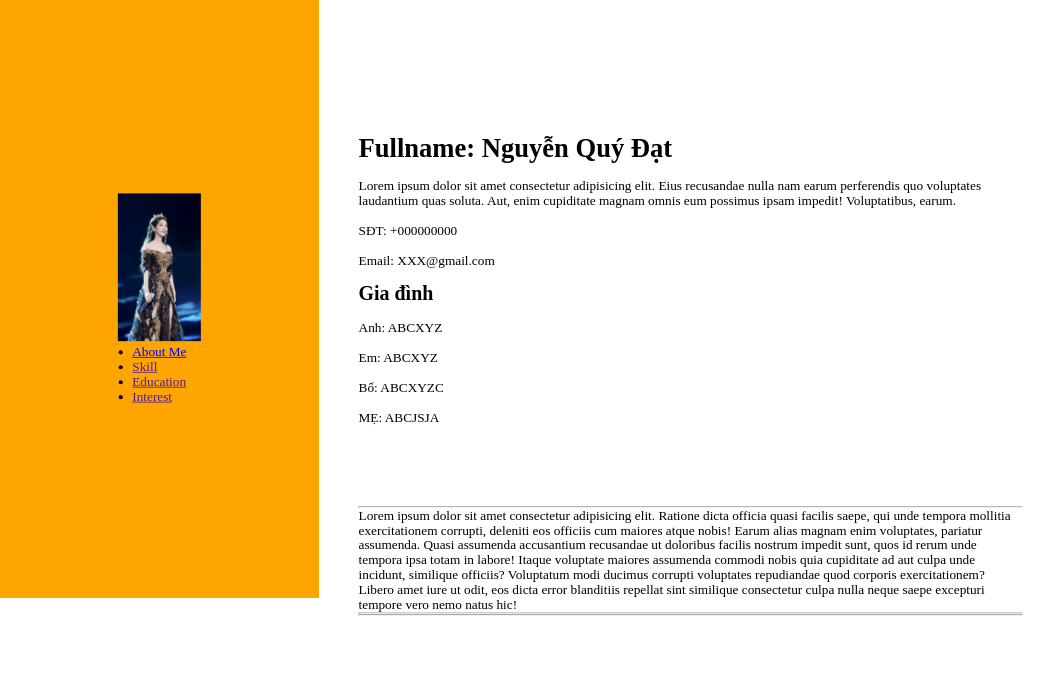
Repository: KinD2704/Web-University
Page: test/index.html
The author's editor kept a copy of each file at every save. The page is drawn from the files as they stood at one save, then again after the next save.
The browser window is 1280 px wide. The pictures show the whole page, at 83% of full size.

Above is the page before, as saved 2023-12-01 22:47:05.

### test/index.html
<!DOCTYPE html>
<html lang="en">
    <head>
        <meta charset="UTF-8" />
        <meta name="viewport" content="width=device-width, initial-scale=1.0" />
        <title>Document</title>
        <link rel="stylesheet" href="style.css" />
    </head>
    <body>
        <div class="main">
            <div class="menu">
                <div class="logo">
                    <img
                        src="IU.jpg"
                        width="100"
                        alt="Đây là hình ảnh của tôi"
                    />
                </div>
                <div class="list">
                    <ul>
                        <li>
                            <a href="#ME">About Me</a>
                        </li>
                        <li>
                            <a href="">Skill</a>
                        </li>
                        <li>
                            <a href="">Education</a>
                        </li>
                        <li>
                            <a href="">Interest</a>
                        </li>
                    </ul>
                </div>
            </div>
            <div class="para">
                <div class="aboutme" id="ME">
                    <h1>Fullname: Nguyễn Quý Đạt</h1>
                    <br />
                    <p>
                        Lorem ipsum dolor sit amet consectetur adipisicing elit.
                        Eius recusandae nulla nam earum perferendis quo
                        voluptates laudantium quas soluta. Aut, enim cupiditate
                        magnam omnis eum possimus ipsam impedit! Voluptatibus,
                        earum.
                    </p>
                    <br />
                    <p>SĐT: +000000000</p>
                    <br />
                    <p>Email: XXX@gmail.com</p>
                    <br />
                    <h2>Gia đình</h2>
                    <br />
                    <p>Anh: ABCXYZ</p>
                    <br />
                    <p>Em: ABCXYZ</p>
                    <br />
                    <p>Bố: ABCXYZC</p>
                    <br />
                    <p>MẸ: ABCJSJA</p>
                    <br />
                </div>
                <hr />
                <div class="Skill">
                    Lorem ipsum dolor sit amet consectetur adipisicing elit.
                    Ratione dicta officia quasi facilis saepe, qui unde tempora
                    mollitia exercitationem corrupti, deleniti eos officiis cum
                    maiores atque nobis! Earum alias magnam enim voluptates,
                    pariatur assumenda. Quasi assumenda accusantium recusandae
                    ut doloribus facilis nostrum impedit sunt, quos id rerum
                    unde tempora ipsa totam in labore! Itaque voluptate maiores
                    assumenda commodi nobis quia cupiditate ad aut culpa unde
                    incidunt, similique officiis? Voluptatum modi ducimus
                    corrupti voluptates repudiandae quod corporis
                    exercitationem? Libero amet iure ut odit, eos dicta error
                    blanditiis repellat sint similique consectetur culpa nulla
                    neque saepe excepturi tempore vero nemo natus hic!
                </div>
                <hr />
                <div class="Education"></div>
                <hr />
                <div class="Interest"></div>
            </div>
        </div>
    </body>
</html>

### test/style.css
* {
    padding: 0;
    margin: 0;
}
.main {
    display: flex;
}
.main .menu {
    background-color: orange;
    width: 30%;
    display: flex;
    justify-content: center;
    align-items: center;
    flex-direction: column;
    height: 100vh;
    position: fixed;
    top: 0;
    left: 0;
}
.main .para {
    padding: 5rem 3rem;
    margin-left: 30%;
}
.main .para .aboutme {
    padding: 5rem 0;
}

After the next save:
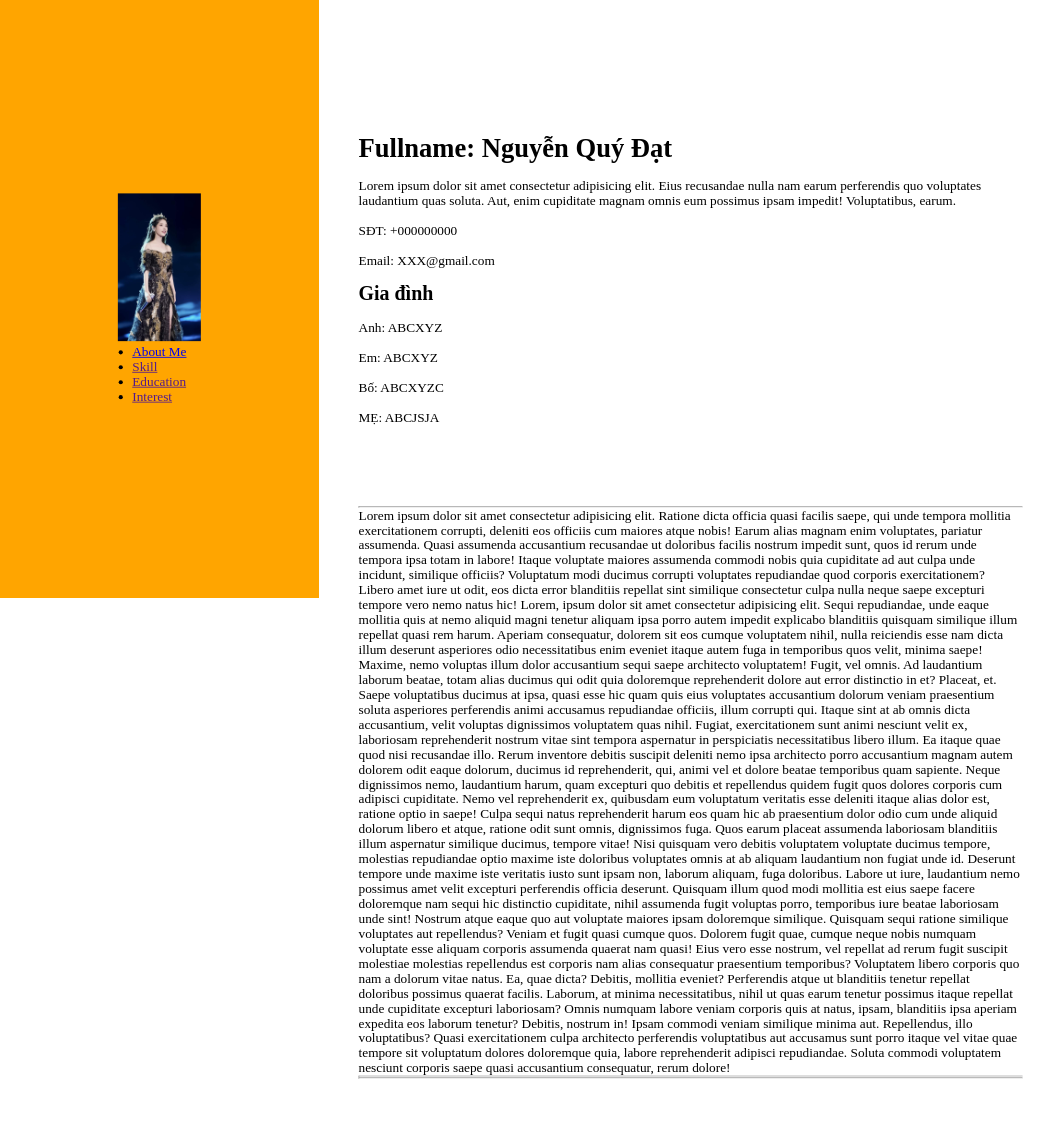
Saved 10 s later.
--- a/test/index.html
+++ b/test/index.html
@@ -74,7 +74,72 @@
                     corrupti voluptates repudiandae quod corporis
                     exercitationem? Libero amet iure ut odit, eos dicta error
                     blanditiis repellat sint similique consectetur culpa nulla
-                    neque saepe excepturi tempore vero nemo natus hic!
+                    neque saepe excepturi tempore vero nemo natus hic! Lorem,
+                    ipsum dolor sit amet consectetur adipisicing elit. Sequi
+                    repudiandae, unde eaque mollitia quis at nemo aliquid magni
+                    tenetur aliquam ipsa porro autem impedit explicabo
+                    blanditiis quisquam similique illum repellat quasi rem
+                    harum. Aperiam consequatur, dolorem sit eos cumque
+                    voluptatem nihil, nulla reiciendis esse nam dicta illum
+                    deserunt asperiores odio necessitatibus enim eveniet itaque
+                    autem fuga in temporibus quos velit, minima saepe! Maxime,
+                    nemo voluptas illum dolor accusantium sequi saepe architecto
+                    voluptatem! Fugit, vel omnis. Ad laudantium laborum beatae,
+                    totam alias ducimus qui odit quia doloremque reprehenderit
+                    dolore aut error distinctio in et? Placeat, et. Saepe
+                    voluptatibus ducimus at ipsa, quasi esse hic quam quis eius
+                    voluptates accusantium dolorum veniam praesentium soluta
+                    asperiores perferendis animi accusamus repudiandae officiis,
+                    illum corrupti qui. Itaque sint at ab omnis dicta
+                    accusantium, velit voluptas dignissimos voluptatem quas
+                    nihil. Fugiat, exercitationem sunt animi nesciunt velit ex,
+                    laboriosam reprehenderit nostrum vitae sint tempora
+                    aspernatur in perspiciatis necessitatibus libero illum. Ea
+                    itaque quae quod nisi recusandae illo. Rerum inventore
+                    debitis suscipit deleniti nemo ipsa architecto porro
+                    accusantium magnam autem dolorem odit eaque dolorum, ducimus
+                    id reprehenderit, qui, animi vel et dolore beatae temporibus
+                    quam sapiente. Neque dignissimos nemo, laudantium harum,
+                    quam excepturi quo debitis et repellendus quidem fugit quos
+                    dolores corporis cum adipisci cupiditate. Nemo vel
+                    reprehenderit ex, quibusdam eum voluptatum veritatis esse
+                    deleniti itaque alias dolor est, ratione optio in saepe!
+                    Culpa sequi natus reprehenderit harum eos quam hic ab
+                    praesentium dolor odio cum unde aliquid dolorum libero et
+                    atque, ratione odit sunt omnis, dignissimos fuga. Quos earum
+                    placeat assumenda laboriosam blanditiis illum aspernatur
+                    similique ducimus, tempore vitae! Nisi quisquam vero debitis
+                    voluptatem voluptate ducimus tempore, molestias repudiandae
+                    optio maxime iste doloribus voluptates omnis at ab aliquam
+                    laudantium non fugiat unde id. Deserunt tempore unde maxime
+                    iste veritatis iusto sunt ipsam non, laborum aliquam, fuga
+                    doloribus. Labore ut iure, laudantium nemo possimus amet
+                    velit excepturi perferendis officia deserunt. Quisquam illum
+                    quod modi mollitia est eius saepe facere doloremque nam
+                    sequi hic distinctio cupiditate, nihil assumenda fugit
+                    voluptas porro, temporibus iure beatae laboriosam unde sint!
+                    Nostrum atque eaque quo aut voluptate maiores ipsam
+                    doloremque similique. Quisquam sequi ratione similique
+                    voluptates aut repellendus? Veniam et fugit quasi cumque
+                    quos. Dolorem fugit quae, cumque neque nobis numquam
+                    voluptate esse aliquam corporis assumenda quaerat nam quasi!
+                    Eius vero esse nostrum, vel repellat ad rerum fugit suscipit
+                    molestiae molestias repellendus est corporis nam alias
+                    consequatur praesentium temporibus? Voluptatem libero
+                    corporis quo nam a dolorum vitae natus. Ea, quae dicta?
+                    Debitis, mollitia eveniet? Perferendis atque ut blanditiis
+                    tenetur repellat doloribus possimus quaerat facilis.
+                    Laborum, at minima necessitatibus, nihil ut quas earum
+                    tenetur possimus itaque repellat unde cupiditate excepturi
+                    laboriosam? Omnis numquam labore veniam corporis quis at
+                    natus, ipsam, blanditiis ipsa aperiam expedita eos laborum
+                    tenetur? Debitis, nostrum in! Ipsam commodi veniam similique
+                    minima aut. Repellendus, illo voluptatibus? Quasi
+                    exercitationem culpa architecto perferendis voluptatibus aut
+                    accusamus sunt porro itaque vel vitae quae tempore sit
+                    voluptatum dolores doloremque quia, labore reprehenderit
+                    adipisci repudiandae. Soluta commodi voluptatem nesciunt
+                    corporis saepe quasi accusantium consequatur, rerum dolore!
                 </div>
                 <hr />
                 <div class="Education"></div>
